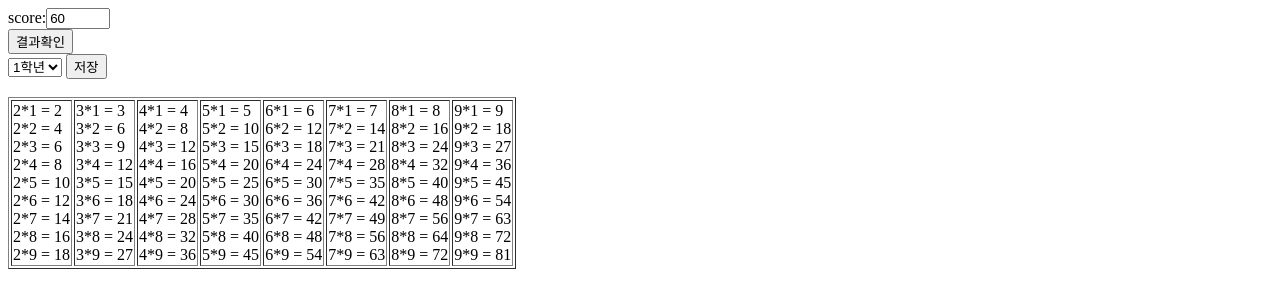
Repository: rmsudrmsud/SourceTree
Page: html/src/main/webapp/js/3.html
These files come from the project's save history. The page is drawn as it stood at one moment and after the next save; the edit follows.
The browser window is 1280 px wide. The pictures show the whole page.

Above is the page before, as saved 2022-11-21 02:12:27.

### html/src/main/webapp/js/3.html
<!DOCTYPE html>
<html>
<head>
<meta charset="UTF-8">
<title>Insert title here</title>
<script type="text/javascript">
function a(){
	let val = document.f.score.value;
	let msg ="합격";
	if(val<0 || val>100){
		alert("잘못된 점수");
		return; //함수종료
	}
	if(val<60){
		alert("불합격")
	}
	alert(val+":");
}

function b(){
	alert(f2.sel.value+"학년입니다");
}
</script>
</head>
<body>
<form action="" name="f"> <!-- 다큐먼트 밑에 이름이 f인 폼 -->
score:<input type="number" value="60" name="score" min="0" max="100"><br/> <!-- input넘버 -> 숫자만입력받는 버튼. value:초기값지정 -->
<input type ="button" value="결과확인" onclick="a()"><br/> <!-- 버튼을 누르면 함수a를 호출 -->
</form>

<form action="" name="f2">
<select name="sel">
<option value="1" selected>1학년</option> <!-- selected 기본선택 -->
<option value="2">2학년</option>
<option value="3">3학년</option>
<option value="4">4학년</option>
</select>
<input type="button" value="저장" onclick="b()">
</form><br/>
<table border="1">
<tr>
<script>
for(i=2;i<10;i++){
	document.write("<td>");
	for(j=1;j<10;j++){
		document.write(i+"*"+j+" = "+(i*j)+"<br/>");
	}
	document.write("</td>");
}
</script>
</tr>
</table>
</body>
</html>

After the next save:
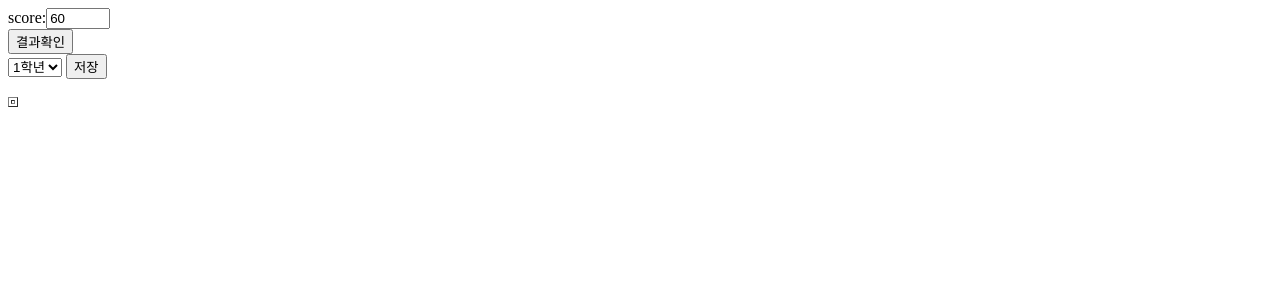
Console error: TypeError: document.wirte is not a function
Saved 32 s later.
--- a/html/src/main/webapp/js/3.html
+++ b/html/src/main/webapp/js/3.html
@@ -43,6 +43,7 @@
 for(i=2;i<10;i++){
 	document.write("<td>");
 	for(j=1;j<10;j++){
+		document.wirte(j+"단")
 		document.write(i+"*"+j+" = "+(i*j)+"<br/>");
 	}
 	document.write("</td>");

After the save that followed:
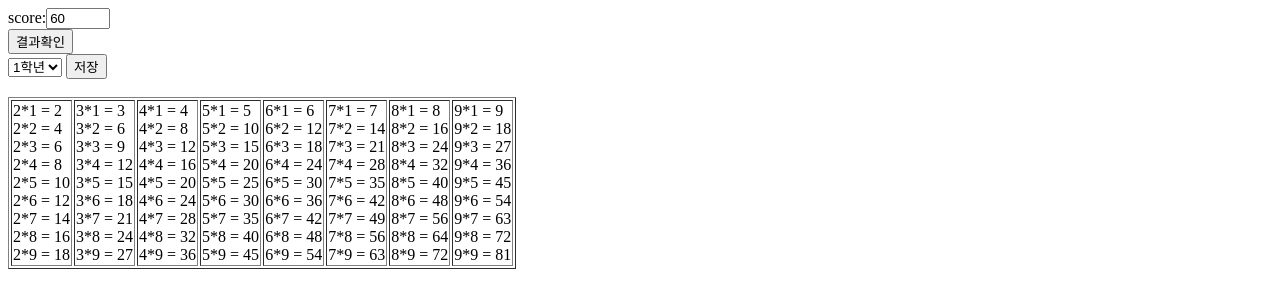
The error is gone.
Saved 8 s later.
--- a/html/src/main/webapp/js/3.html
+++ b/html/src/main/webapp/js/3.html
@@ -43,7 +43,6 @@
 for(i=2;i<10;i++){
 	document.write("<td>");
 	for(j=1;j<10;j++){
-		document.wirte(j+"단")
 		document.write(i+"*"+j+" = "+(i*j)+"<br/>");
 	}
 	document.write("</td>");
